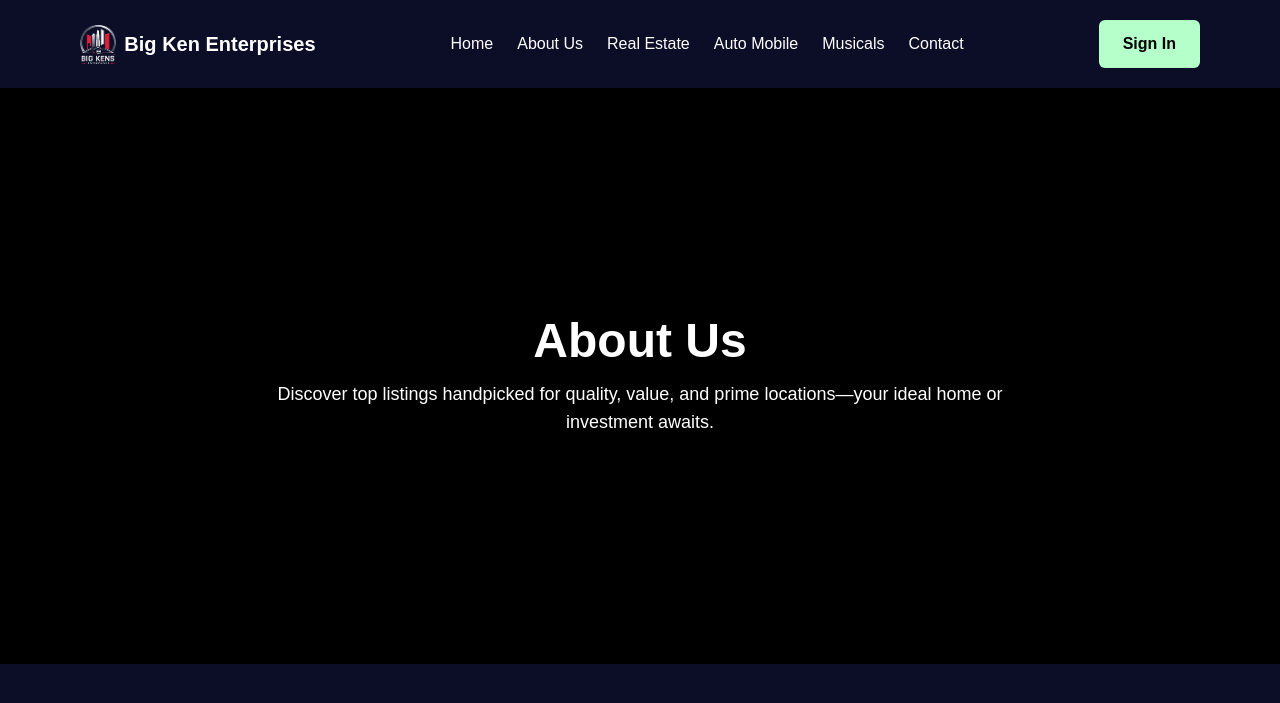
Repository: techvaro/Big-kens-realty-Frontend-react-
Page: /about (app in big-kens-realty/)
These files come from the project's save history. The page is drawn as it stood at one moment and after the next save; the edit follows.
The browser window is 1280 px wide. The pictures show the whole page.
The project was rebuilt for these pictures with package versions that can differ from the ones it lists, and the page was loaded fresh each time. Also part of the build but not shown: big-kens-realty/vite.config.js, big-kens-realty/src/components/Footer/Footer.jsx, big-kens-realty/src/components/Home/hero.jsx, big-kens-realty/src/components/Home/Services.jsx, big-kens-realty/src/components/Home/Stats.jsx, big-kens-realty/src/components/Home/About.jsx, big-kens-realty/src/components/Home/FeaturedProperties.jsx, big-kens-realty/src/components/Home/AutoMobileSale.jsx and 2 more.

Above is the page before, as saved 2025-12-08 14:32:15.

After the next save:
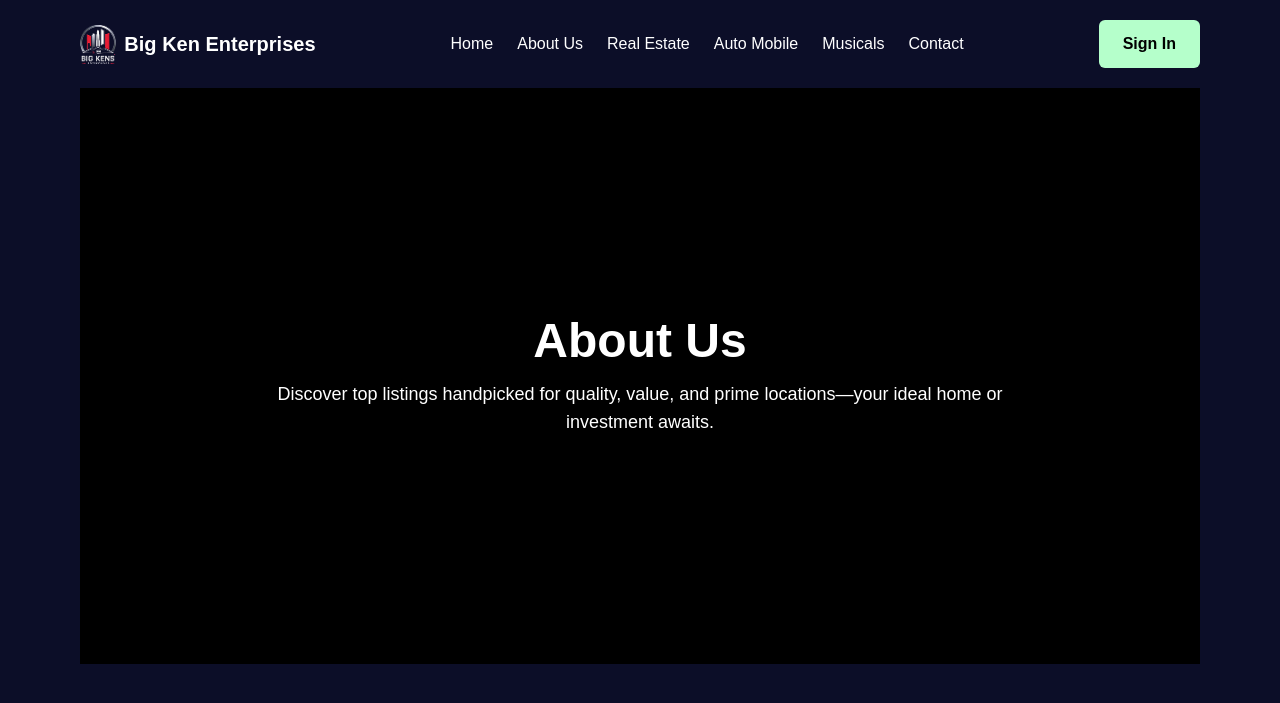
Saved 11 s later.
--- a/big-kens-realty/src/components/About/Hero.jsx
+++ b/big-kens-realty/src/components/About/Hero.jsx
@@ -3,21 +3,23 @@
 
 export default function Hero() {
     return (
-        <section
-            className="relative h-[80vh] flex items-center justify-center text-white bg-cover bg-center"
-            style={{ backgroundImage: `url(${bgImage})` }}
-        >
-            {/* Overlay */}
-            <div className="absolute inset-0 bg-black bg-opacity-40"></div>
+        <div className="max-w-7xl mx-auto px-4 lg:px-20">
+            <section
+                className="relative w-full h-[80vh] flex items-center justify-center text-white bg-cover bg-center"
+                style={{ backgroundImage: `url(${bgImage})` }}
+            >
+                {/* Overlay */}
+                <div className="absolute inset-0 bg-black bg-opacity-40"></div>
 
-            {/* Content aligned with navbar */}
-            <div className="relative z-10 w-full max-w-7xl mx-auto px-4 lg:px-20 text-center">
-                <h1 className="text-5xl font-bold mb-4">About Us</h1>
-                <p className="text-lg max-w-3xl mx-auto">
-                    Discover top listings handpicked for quality, value, and prime
-                    locations—your ideal home or investment awaits.
-                </p>
-            </div>
-        </section>
+                {/* Content aligned with navbar */}
+                <div className="relative z-10 w-full text-center">
+                    <h1 className="text-5xl font-bold mb-4">About Us</h1>
+                    <p className="text-lg max-w-3xl mx-auto">
+                        Discover top listings handpicked for quality, value, and prime
+                        locations—your ideal home or investment awaits.
+                    </p>
+                </div>
+            </section>
+        </div>
     );
 }

After the save that followed:
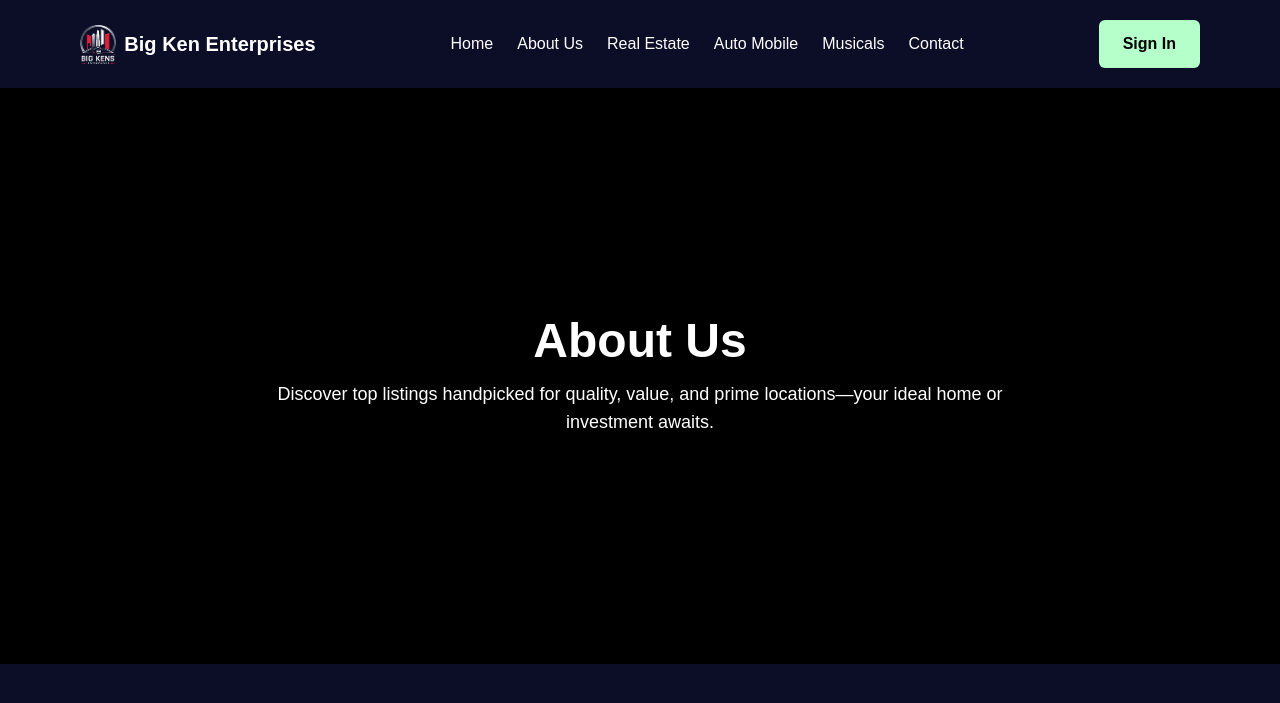
Saved 13 s later.
--- a/big-kens-realty/src/components/About/Hero.jsx
+++ b/big-kens-realty/src/components/About/Hero.jsx
@@ -3,23 +3,21 @@
 
 export default function Hero() {
     return (
-        <div className="max-w-7xl mx-auto px-4 lg:px-20">
-            <section
-                className="relative w-full h-[80vh] flex items-center justify-center text-white bg-cover bg-center"
-                style={{ backgroundImage: `url(${bgImage})` }}
-            >
-                {/* Overlay */}
-                <div className="absolute inset-0 bg-black bg-opacity-40"></div>
+        <section
+            className="relative h-[80vh] flex items-center justify-center text-white bg-cover bg-center"
+            style={{ backgroundImage: `url(${bgImage})` }}
+        >
+            {/* Overlay */}
+            <div className="absolute inset-0 bg-black bg-opacity-40"></div>
 
-                {/* Content aligned with navbar */}
-                <div className="relative z-10 w-full text-center">
-                    <h1 className="text-5xl font-bold mb-4">About Us</h1>
-                    <p className="text-lg max-w-3xl mx-auto">
-                        Discover top listings handpicked for quality, value, and prime
-                        locations—your ideal home or investment awaits.
-                    </p>
-                </div>
-            </section>
-        </div>
+            {/* Content aligned with navbar */}
+            <div className="relative z-10 w-full max-w-7xl mx-auto px-4 lg:px-20 text-center">
+                <h1 className="text-5xl font-bold mb-4">About Us</h1>
+                <p className="text-lg max-w-3xl mx-auto">
+                    Discover top listings handpicked for quality, value, and prime
+                    locations—your ideal home or investment awaits.
+                </p>
+            </div>
+        </section>
     );
 }
